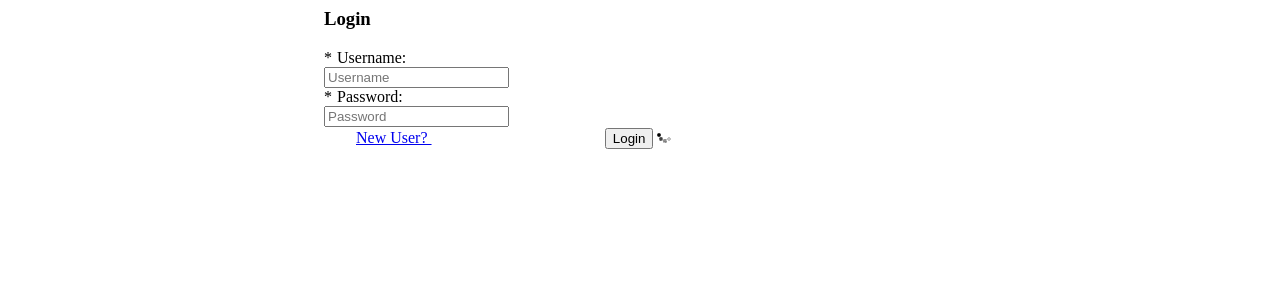
Repository: SUPRIGA/SecondProject
Page: CollaborationFrontEnd/src/main/webapp/user/login.html
The author's editor kept a copy of each file at every save. The page is drawn from the files as they stood at one save, then again after the next save.
The browser window is 1280 px wide. The pictures show the whole page.

Above is the page before, as saved 2017-01-12 05:08:51.

### CollaborationFrontEnd/src/main/webapp/user/login.html

     <!-- <form ng-submit="vm.login()" method="post" style="margin-left: 25%;" name="myForm">
     <h2 style="margin-bottom: 0em;">Login Here</h2>
     <section class="content bgcolor-1" style="margin-top: -3em;">
					<span class="input input--nao" style="margin-top: 0em;">
					<input class="input__field input__field--nao" type="text" id="userName" name="userName" ng-model="vm.userName" />
					<label class="input__label input__label--nao" for="userName">
						<span class="input__label-content input__label-content--nao">Username</span>
					</label>
					<svg class="graphic graphic--nao" width="300%" height="100%" viewBox="0 0 1200 60" preserveAspectRatio="none">
						<path d="M0,56.5c0,0,298.666,0,399.333,0C448.336,56.5,513.994,46,597,46c77.327,0,135,10.5,200.999,10.5c95.996,0,402.001,0,402.001,0"/>
					</svg>
				</span><br>

     			<span class="input input--nao" style="margin-top: 0em;">
					<input class="input__field input__field--nao" type="password" id="passWord" name="passWord" ng-model="vm.passWord" />
					<label class="input__label input__label--nao" for="passWord">
						<span class="input__label-content input__label-content--nao">Password</span>
					</label>
					<svg class="graphic graphic--nao" width="300%" height="100%" viewBox="0 0 1200 60" preserveAspectRatio="none">
						<path d="M0,56.5c0,0,298.666,0,399.333,0C448.336,56.5,513.994,46,597,46c77.327,0,135,10.5,200.999,10.5c95.996,0,402.001,0,402.001,0"/>
					</svg>
				</span><br>
				{{message}}
				<div class="row">
				<span class="input input--nao" style="margin-top: -1em; margin-left: 2em;">
				<a href="#register"> New User? </a>
				<input type="submit" name="submit" value="Login" class="btn btn-success" style="margin-left: 13em;" ng-disabled="myForm.$invalid">
				  <img ng-if="vm.dataLoading" src="data:[embedded picture, 922 characters]" />
				</span>

				</div>
     		</section>
     </form> -->



		<form ng-submit="vm.login()" method="post" style="margin-left: 25%;" name="myForm">

					<div class="panel-heading">
						<h3 class="panel-title">Login</h3>
					</div>
					<div class="panel-body">
						 <form accept-charset="UTF-8" role="form" action="loginpage" method="post">

						 <div class="row">
                        <div class="form-group col-xs-12">
                    <label for="user_name"><span class="text-danger" style="margin-right:5px;">*</span>Username:</label>
                        <div class="input-group">
                            <input class="form-control"type="text" id="userName" name="userName" ng-model="vm.userName" placeholder="Username" required/>
                            <span class="input-group-btn">
                                <label class="btn btn-primary"><span class="glyphicon glyphicon-user" aria-hidden="true"></label>
                            </span>
                            </span>
                        </div>
                    </div>
                </div>

                <!-- Content Field -->
                <div class="row">
                    <div class="form-group col-xs-12">
                        <label for="password"><span class="text-danger" style="margin-right:5px;">*</span>Password:</label>
                        <div class="input-group">
                            <input class="form-control"  type="password" id="passWord" name="passWord" ng-model="vm.passWord" placeholder="Password" required/>
                            <span class="input-group-btn">
                                <label class="btn btn-primary"><span class="glyphicon glyphicon-lock" aria-hidden="true"></label>
                            </span>

                        </div>
                    </div>
                </div>
                <div class="row">
				<span class="input input--nao" style="margin-top: -1em; margin-left: 2em;">
				<a href="#register"> New User? </a>
				<input type="submit" name="submit" value="Login" class="btn btn-success" style="margin-left: 13em;" ng-disabled="myForm.$invalid">
				  <img ng-if="vm.dataLoading" src="data:[embedded picture, 922 characters]" />
				</span>

				</div>
					</div>

			</form>


     <!-- /container -->
		<script src="js/classie.js"></script>
		<script>
			(function() {
				// trim polyfill : https://developer.mozilla.org/en-US/docs/Web/JavaScript/Reference/Global_Objects/String/Trim
				if (!String.prototype.trim) {
					(function() {
						// Make sure we trim BOM and NBSP
						var rtrim = /^[\s\uFEFF\xA0]+|[\s\uFEFF\xA0]+$/g;
						String.prototype.trim = function() {
							return this.replace(rtrim, '');
						};
					})();
				}

				[].slice.call( document.querySelectorAll( 'input.input__field' ) ).forEach( function( inputEl ) {
					// in case the input is already filled..
					if( inputEl.value.trim() !== '' ) {
						classie.add( inputEl.parentNode, 'input--filled' );
					}

					// events:
					inputEl.addEventListener( 'focus', onInputFocus );
					inputEl.addEventListener( 'blur', onInputBlur );
				} );

				function onInputFocus( ev ) {
					classie.add( ev.target.parentNode, 'input--filled' );
				}

				function onInputBlur( ev ) {
					if( ev.target.value.trim() === '' ) {
						classie.remove( ev.target.parentNode, 'input--filled' );
					}
				}
			})();
		</script>

### CollaborationFrontEnd/src/main/webapp/js/classie.js
/*!
 * classie - class helper functions
 * from bonzo https://github.com/ded/bonzo
 *
 * classie.has( elem, 'my-class' ) -> true/false
 * classie.add( elem, 'my-new-class' )
 * classie.remove( elem, 'my-unwanted-class' )
 * classie.toggle( elem, 'my-class' )
 */

/*jshint browser: true, strict: true, undef: true */
/*global define: false */

( function( window ) {

'use strict';

// class helper functions from bonzo https://github.com/ded/bonzo

function classReg( className ) {
  return new RegExp("(^|\\s+)" + className + "(\\s+|$)");
}

// classList support for class management
// altho to be fair, the api sucks because it won't accept multiple classes at once
var hasClass, addClass, removeClass;

if ( 'classList' in document.documentElement ) {
  hasClass = function( elem, c ) {
    return elem.classList.contains( c );
  };
  addClass = function( elem, c ) {
    elem.classList.add( c );
  };
  removeClass = function( elem, c ) {
    elem.classList.remove( c );
  };
}
else {
  hasClass = function( elem, c ) {
    return classReg( c ).test( elem.className );
  };
  addClass = function( elem, c ) {
    if ( !hasClass( elem, c ) ) {
      elem.className = elem.className + ' ' + c;
    }
  };
  removeClass = function( elem, c ) {
    elem.className = elem.className.replace( classReg( c ), ' ' );
  };
}

function toggleClass( elem, c ) {
  var fn = hasClass( elem, c ) ? removeClass : addClass;
  fn( elem, c );
}

var classie = {
  // full names
  hasClass: hasClass,
  addClass: addClass,
  removeClass: removeClass,
  toggleClass: toggleClass,
  // short names
  has: hasClass,
  add: addClass,
  remove: removeClass,
  toggle: toggleClass
};

// transport
if ( typeof define === 'function' && define.amd ) {
  // AMD
  define( classie );
} else {
  // browser global
  window.classie = classie;
}

})( window );

After the next save:
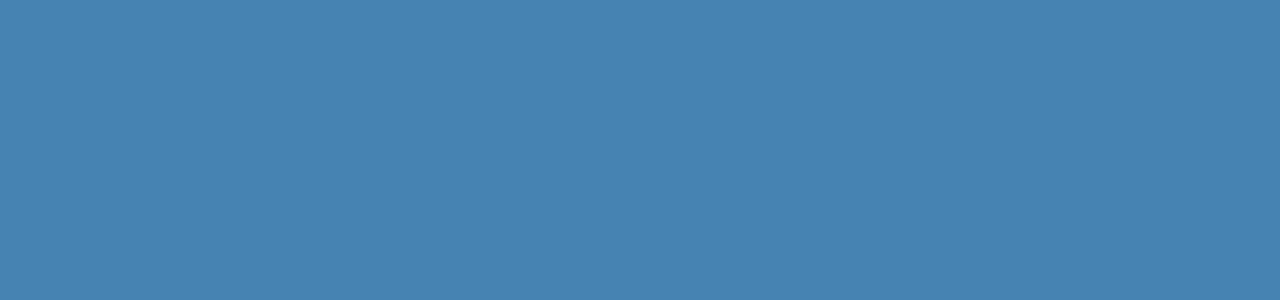
Saved 119 s later.
--- a/CollaborationFrontEnd/src/main/webapp/user/login.html
+++ b/CollaborationFrontEnd/src/main/webapp/user/login.html
@@ -33,7 +33,14 @@
      		</section>
      </form> -->
 
+     <style>
+body {
+	padding-top: 20px;
+}
 
+body {
+    background-color: steelblue;
+}
 
 		<form ng-submit="vm.login()" method="post" style="margin-left: 25%;" name="myForm">
 

After the save that followed:
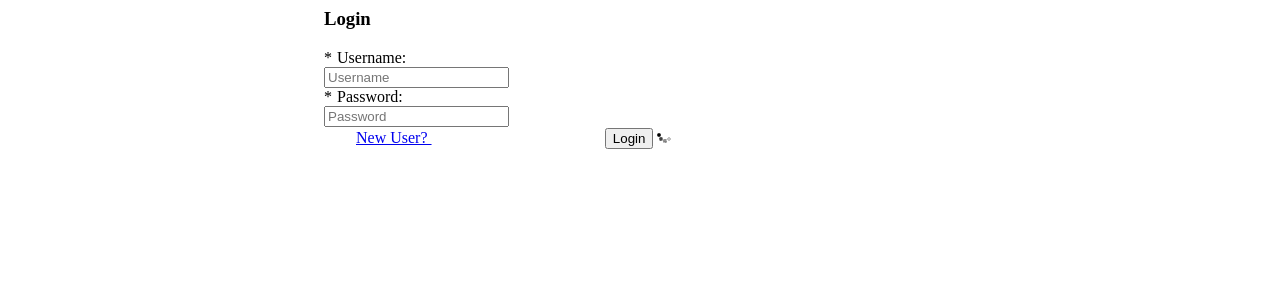
Saved 42 s later.
--- a/CollaborationFrontEnd/src/main/webapp/user/login.html
+++ b/CollaborationFrontEnd/src/main/webapp/user/login.html
@@ -33,14 +33,7 @@
      		</section>
      </form> -->
 
-     <style>
-body {
-	padding-top: 20px;
-}
 
-body {
-    background-color: steelblue;
-}
 
 		<form ng-submit="vm.login()" method="post" style="margin-left: 25%;" name="myForm">
 
